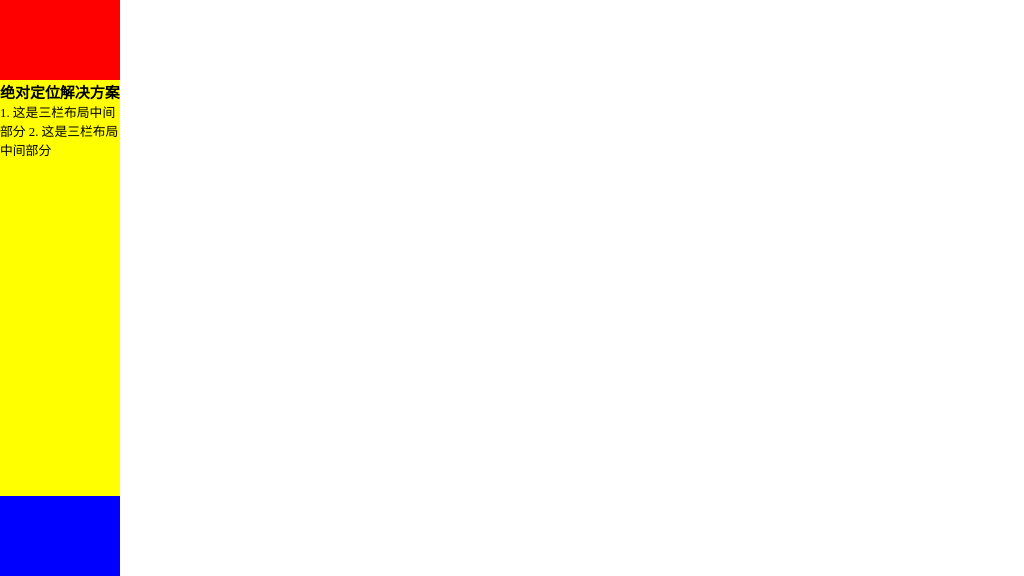
Repository: Qianfane/Blog
Page: 面试相关/测试/1-2、三栏布局-上中下.html
An editor plug-in stored every save of this project. The page is shown before and after the next save, followed by the edit.
The browser window is 1280 px wide. The pictures show the whole page, at 80% of full size.

Above is the page before, as saved 2022-01-02 18:54:33.

After the next save:
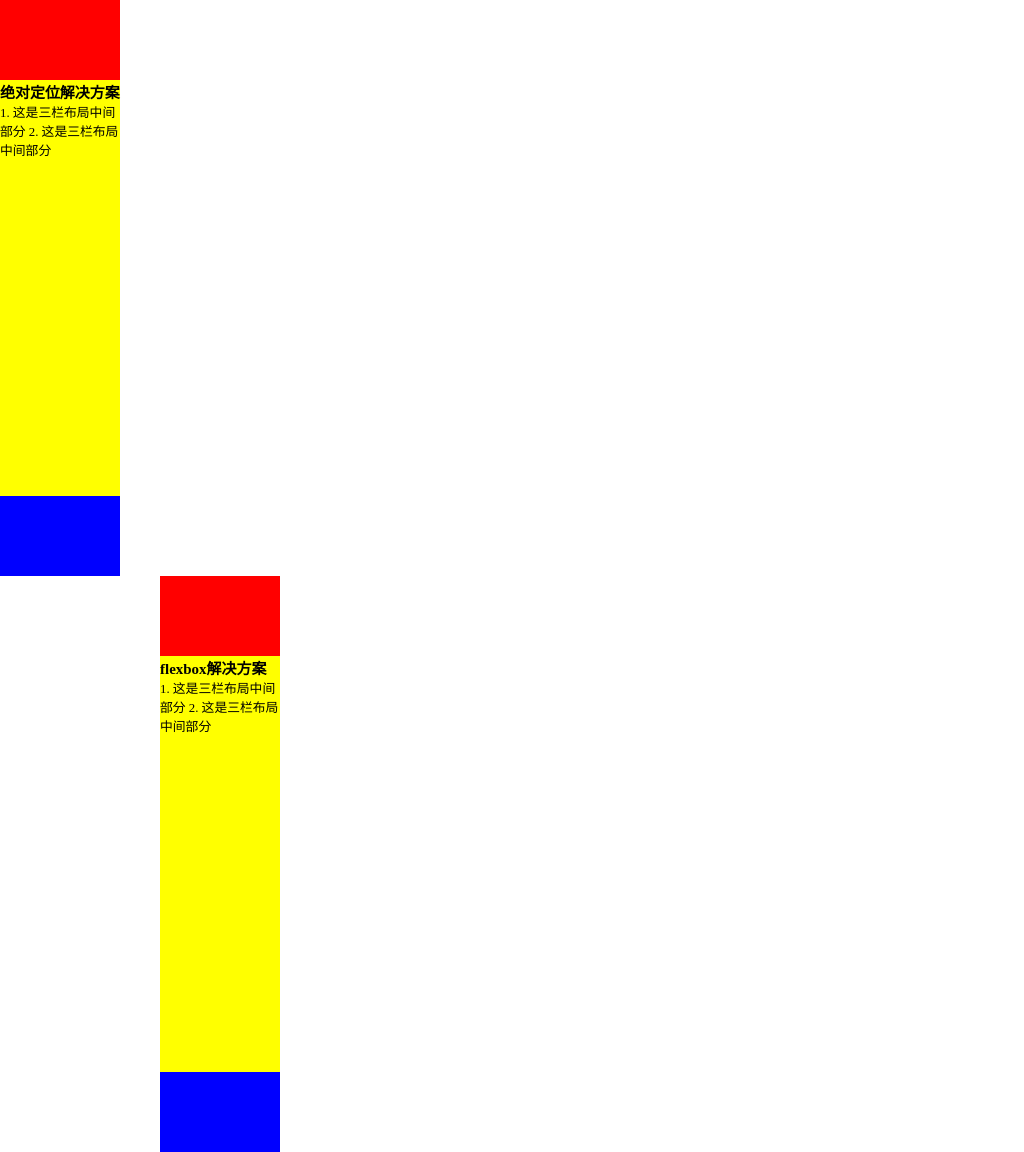
Saved 19 s later.
--- a/面试相关/测试/1-2、三栏布局-上中下.html
+++ b/面试相关/测试/1-2、三栏布局-上中下.html
@@ -61,7 +61,7 @@
     </section>
 
     <!-- flexbox解决方案 -->
-    <!-- <section class="layout flexbox">
+    <section class="layout flexbox">
         <style>
             .layout.flexbox .top-center-bottom {
                 height: 100%;
@@ -92,6 +92,6 @@
             </div>
             <div class="bottom"></div>
         </article>
-    </section> -->
+    </section>
 </body>
 </html>
